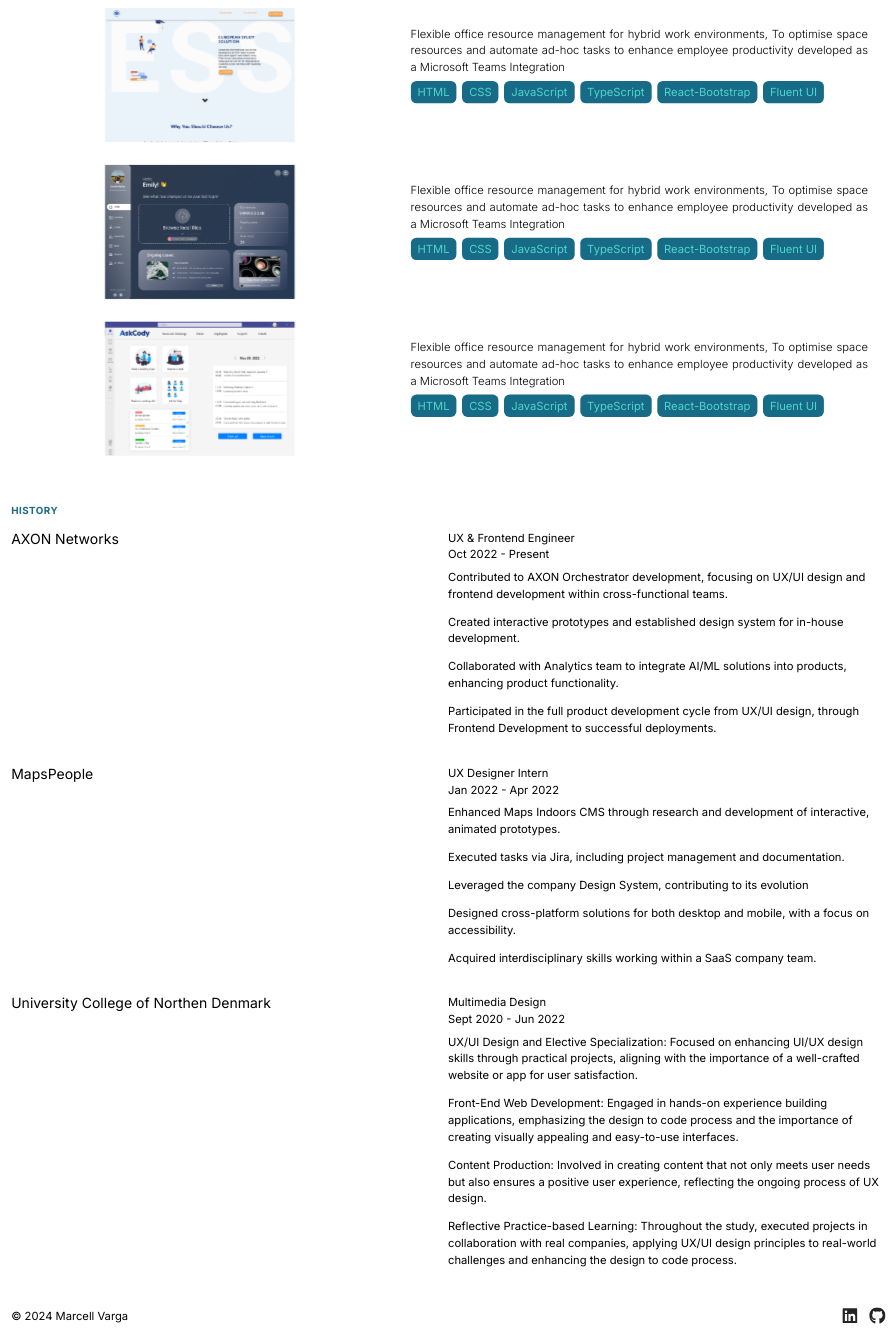
Repository: TheMarcellVarga/personal-portfolio-v.2
Page: /
An editor plug-in stored every save of this project. The page is shown before and after a run of saves, followed by the edit.
The browser window is 1280 px wide. The pictures show the part of the page from y = 1741 to 3661 px (the page is 3649 px tall before and 3661 px after), at 70% of full size.
The project was rebuilt for these pictures with package versions that can differ from the ones it lists, and the page was loaded fresh each time. The framework's server and built-in components were replaced by stand-ins that run in the browser. Also part of the build but not shown: next.config.mjs.

Above is the page before, as saved 2024-04-25 23:45:10.

After the next 2 saves:
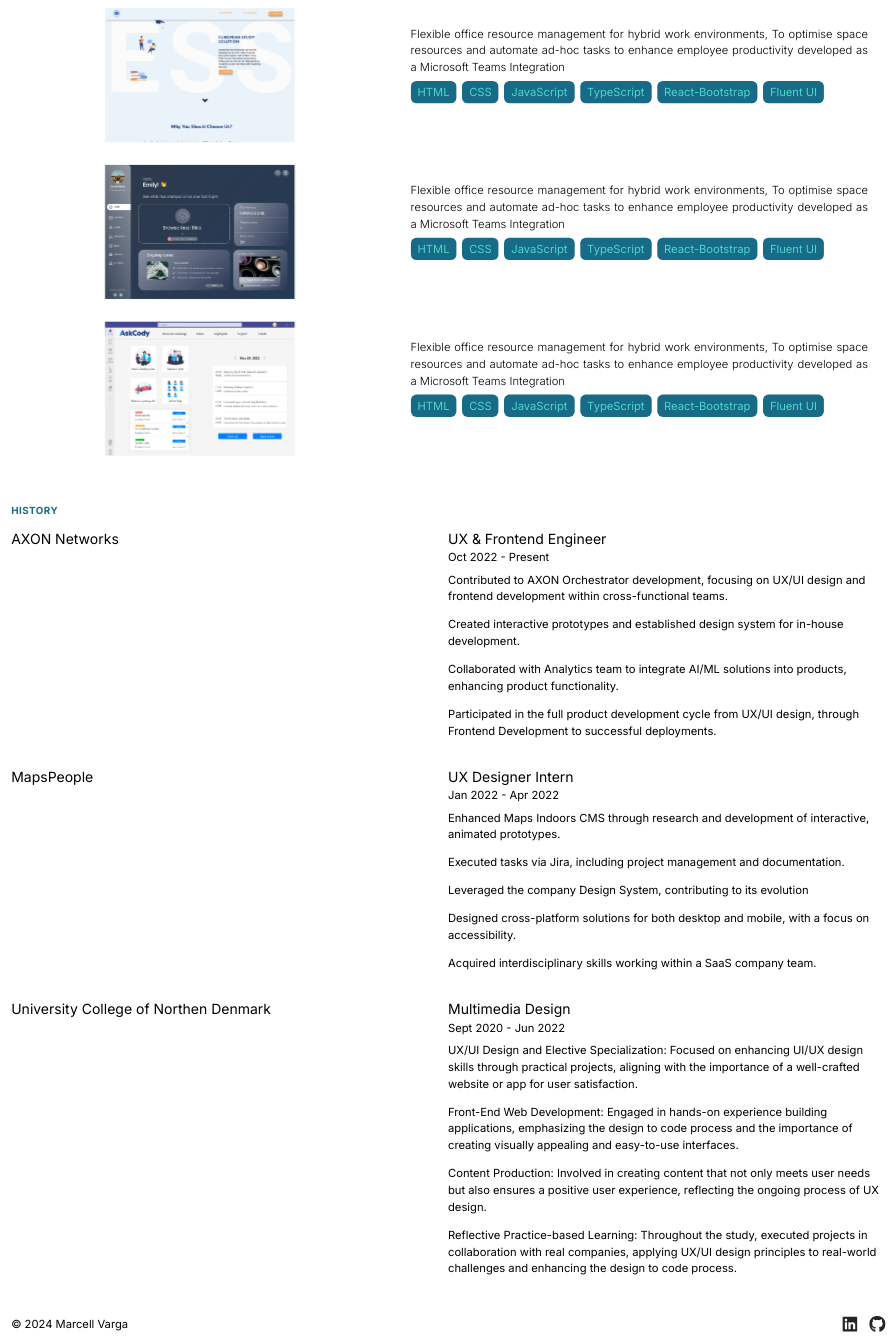
The 2 saves are shown as one change because they came seconds apart.
The last was saved 19 s later.
--- a/app/page.tsx
+++ b/app/page.tsx
@@ -347,12 +347,12 @@ export default function Page() {
           <div className="flex flex-col gap-8">
             {history.map((item, index) => (
               <div key={index} className="flex">
-                <div className="w-1/2 text-xl">
-                  <h3>{item.company}</h3>
+                <div className="w-1/2">
+                  <h3 className="text-xl">{item.company}</h3>
                 </div>
                 <div className="w-1/2">
                   <div className="flex flex-col">
-                    <h3>{item.jobTitle}</h3>
+                    <h3 className="text-xl">{item.jobTitle}</h3>
                     <h4>
                       {item.time.start} -{" "}
                       {item.time.end ? item.time.end : "Present"}
